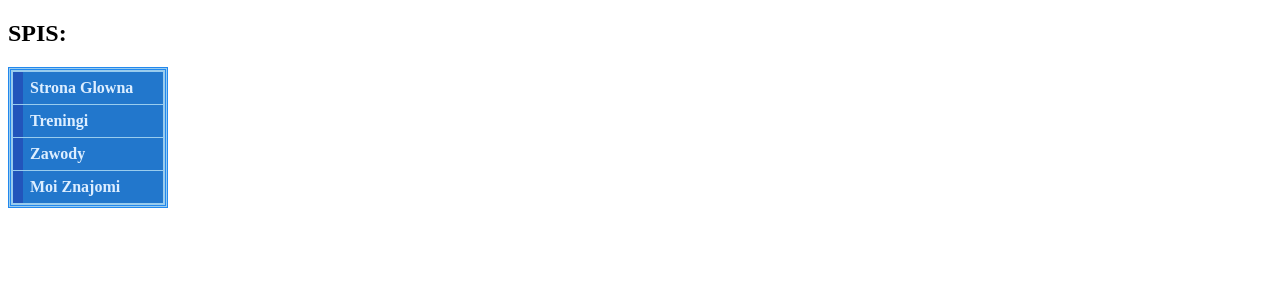
Repository: zlenyk/wrzucak
Page: http://localhost/Shop/UserMenu.jsp
These files come from the project's save history. The page is drawn as it stood at one moment and after the next save; the edit follows.
The browser window is 1280 px wide. The pictures show the whole page.
The page is served by Tomcat 9.

Above is the page before, as saved 2013-09-24 09:49:40.

### Shop/WebContent/UserMenu.jsp
<%@ page language="java" contentType="text/html; charset=ISO-8859-1"
    pageEncoding="ISO-8859-1"%>
<!DOCTYPE html PUBLIC "-//W3C//DTD HTML 4.01 Transitional//EN" "http://www.w3.org/TR/html4/loose.dtd">
<html>
<head>
	<meta http-equiv="Content-Type" content="text/html; charset=ISO-8859-1">
	<title>Insert title here</title>
	<link rel="Stylesheet" type="text/css" href="style.css" />
</head>
<body>
	<h2>SPIS:</h2>
	<ul class="menu_pionowe">
		<li><a target = strona href="http://localhost:8080/Shop/home.jsp">Strona Glowna</a></li>
		<li><a target = strona href="http://localhost:8080/Shop/Trainings">Treningi</a></li>
		<li><a target = strona href="http://localhost:8080/Shop/Events">Zawody</a></li>
		<li><a target = strona href="http://localhost:8080/Shop/friends.html">Moi Znajomi</a></li>
	</ul>
</body>
</html>

### Shop/WebContent/style.css
@CHARSET "UTF-8";
ul, ul li {
	display: block;
	list-style: none;
	margin: 0;
	padding: 0;
}

ul {
	width: 150px;
	padding: 2px 2px 1px 2px;
	background-color: #9ce;
	border: 3px double #28e;
}

ul li {
	border-bottom: 1px solid #9ce;
}

ul a:link, ul a:visited {
	display: block;
	width: 126px;
	text-decoration: none;
	padding: 7px;
	font-weight: bold;
	background-color: #27c;
	color: #def;
	border-left: 10px solid #25b;
}

ul a:hover {
	width: 136px;
	background-color: #28e;
	color: #fff;
	border-left: 20px solid #26d;
}
.box
{
	font-family: "Lucida Sans Unicode", "Lucida Grande", Sans-Serif;
	font-size: 12px;
	margin: 45px;
	width: 480px;
	text-align: left;
	border-collapse: collapse;
}
.box th
{
	font-size: 13px;
	font-weight: normal;
	padding: 8px;
	background: #b9c9fe;
	border-top: 4px solid #aabcfe;
	border-bottom: 1px solid #fff;
	color: #039;
}
.box td
{
	padding: 8px;
	background: #e8edff;
	border-bottom: 1px solid #fff;
	color: #669;
	border-top: 1px solid transparent;
}
.box tr:hover td
{
	background: #d0dafd;
	color: #339;
}

After the next save:
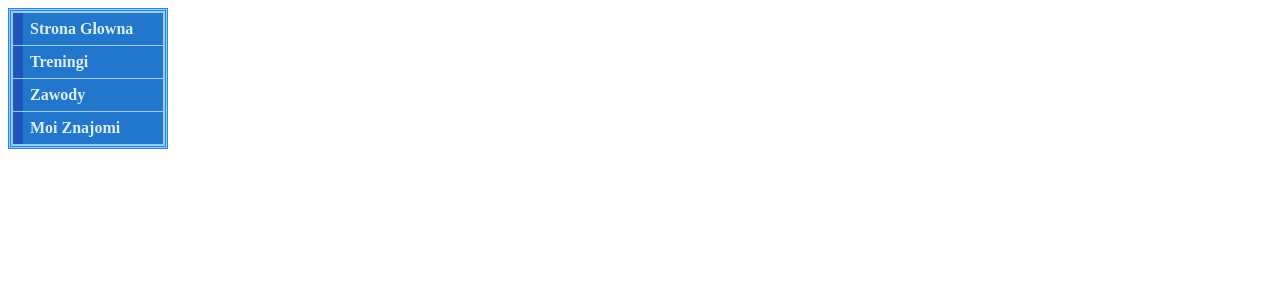
Saved 10 s later.
--- a/Shop/WebContent/UserMenu.jsp
+++ b/Shop/WebContent/UserMenu.jsp
@@ -8,7 +8,6 @@
 	<link rel="Stylesheet" type="text/css" href="style.css" />
 </head>
 <body>
-	<h2>SPIS:</h2>
 	<ul class="menu_pionowe">
 		<li><a target = strona href="http://localhost:8080/Shop/home.jsp">Strona Glowna</a></li>
 		<li><a target = strona href="http://localhost:8080/Shop/Trainings">Treningi</a></li>
